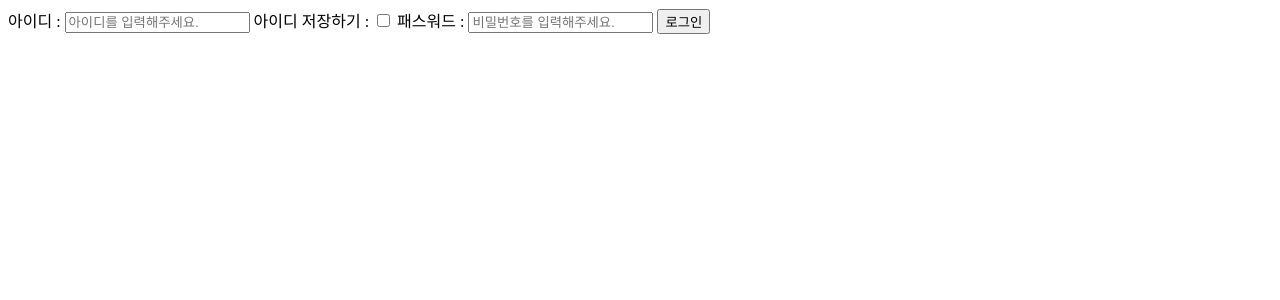
Repository: kimeuiyeob/KOPO_JSP_Study_2
Page: http://localhost/JspStudy/04Cookie/IdSaveMain.jsp
These files come from the project's save history. The page is drawn as it stood at one moment and after the next save; the edit follows.
The browser window is 1280 px wide. The pictures show the whole page.
The page is served by Tomcat 9. Other server files are loaded and not shown.

Above is the page before, as saved 2023-06-19 06:57:30.

### JspStudy/src/main/webapp/04Cookie/IdSaveMain.jsp
<%@ page language="java" contentType="text/html; charset=UTF-8"
	pageEncoding="UTF-8"%>
<%@ page import="utils.*"%>
<!DOCTYPE html>
<html>
<head>
<meta charset="UTF-8">
<title>Insert title here</title>
</head>
<body>

	<%
	String loginId = CookieManager.readCookie(request, "loginId");
	String cookieCheck = "";

	if (!loginId.equals("")) {
		cookieCheck = "checked";
	}
	%>

	<form action="IdSaveProcess.jsp" method="post">
		아이디 : <input type="text" placeholder="아이디를 입력해주세요." name="id"> 아이디
		저장하기 : <input type="checkBox" name="check" value="checked" id="check">
		패스워드 : <input type="password" placeholder="비밀번호를 입력해주세요." name="pw"> <input
			type="submit" value="로그인">
	</form>

</body>
</html>

### JspStudy/src/main/java/utils/CookieManager.java
package utils;

import javax.servlet.http.Cookie;
import javax.servlet.http.HttpServletRequest;
import javax.servlet.http.HttpServletResponse;

public class CookieManager {

	// 이름, value, 유지시간 쿠키 생성
	public static void makeCookie(HttpServletResponse resp, String cookieName, String cookieVal, int cookieTime) {
		Cookie cookie = new Cookie(cookieName, cookieVal);
		cookie.setPath("/"); // 경로를 전체 경로 -> 전체 쿠키를 사용하겠다는 의미
		cookie.setMaxAge(cookieTime);
		resp.addCookie(cookie);

	}

	// 생성된 쿠키 또는 이름으로 쿠키 찾기
	public static String readCookie(HttpServletRequest resq, String cookieName) {
		String cookieValue = "";
		Cookie[] cookies = resq.getCookies();
		if (cookies != null) {
			for (Cookie c : cookies) {
				String cName = c.getName();
				if (cName.equals(cookieName)) {
					cookieValue = c.getValue();
				}
			}
		}
		return cookieValue;
	}

	// 쿠키 제거
	public static void deleteCookie(HttpServletResponse resp, String cookieName) {
		makeCookie(resp, cookieName, "", 0);
	}

}

After the next save:
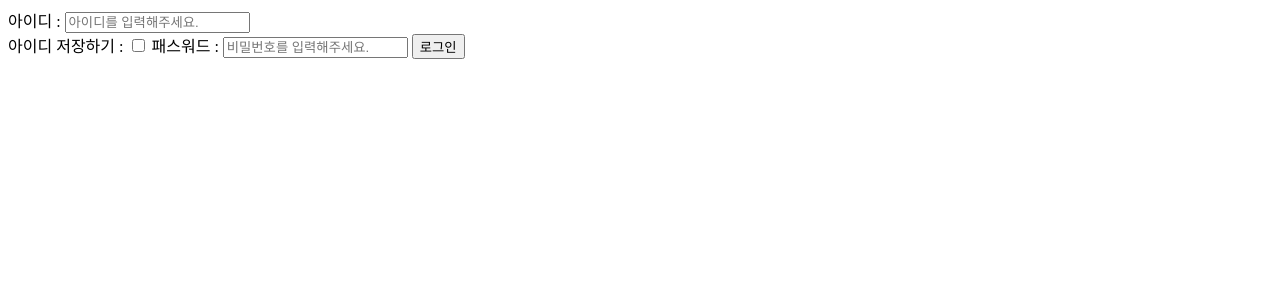
Saved 15 s later.
--- a/JspStudy/src/main/webapp/04Cookie/IdSaveMain.jsp
+++ b/JspStudy/src/main/webapp/04Cookie/IdSaveMain.jsp
@@ -19,8 +19,8 @@
 	%>
 
 	<form action="IdSaveProcess.jsp" method="post">
-		아이디 : <input type="text" placeholder="아이디를 입력해주세요." name="id"> 아이디
-		저장하기 : <input type="checkBox" name="check" value="checked" id="check">
+		아이디 : <input type="text" placeholder="아이디를 입력해주세요." name="id"> <br>
+		아이디 저장하기 : <input type="checkBox" name="check" value="checked" id="check">
 		패스워드 : <input type="password" placeholder="비밀번호를 입력해주세요." name="pw"> <input
 			type="submit" value="로그인">
 	</form>
